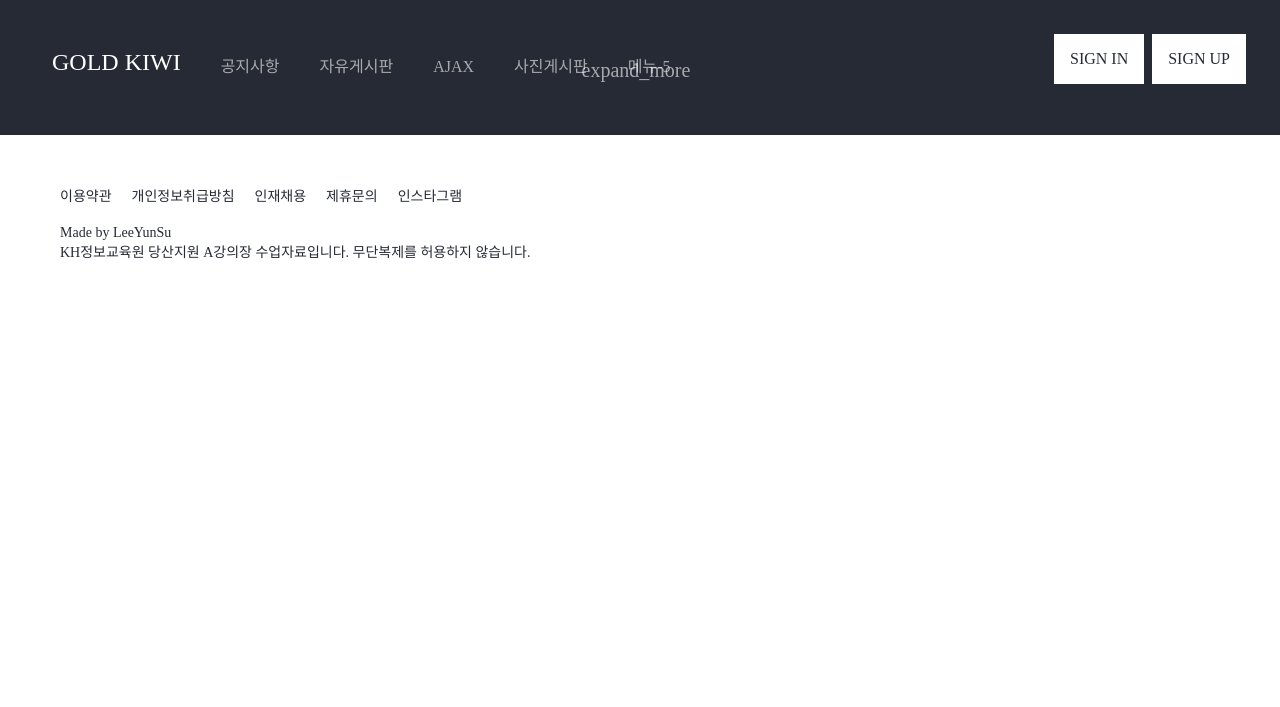
Repository: RiboKim/web-workspace
Page: http://localhost/07_mvc2WebProject/WEB-INF/views/etc/pay.jsp
The author's editor kept a copy of each file at every save. The page is drawn from the files as they stood at one save, then again after the next save.
The browser window is 1280 px wide. The pictures show the whole page.
Some web fonts or font styles are not loaded; a fallback is used. The page is served by Tomcat 9. Nobody is signed in. The template is opened directly, without the code that normally fills it, so the values that code supplies are empty.

Above is the page before, as saved 2023-02-22 07:48:58.

After the next save:
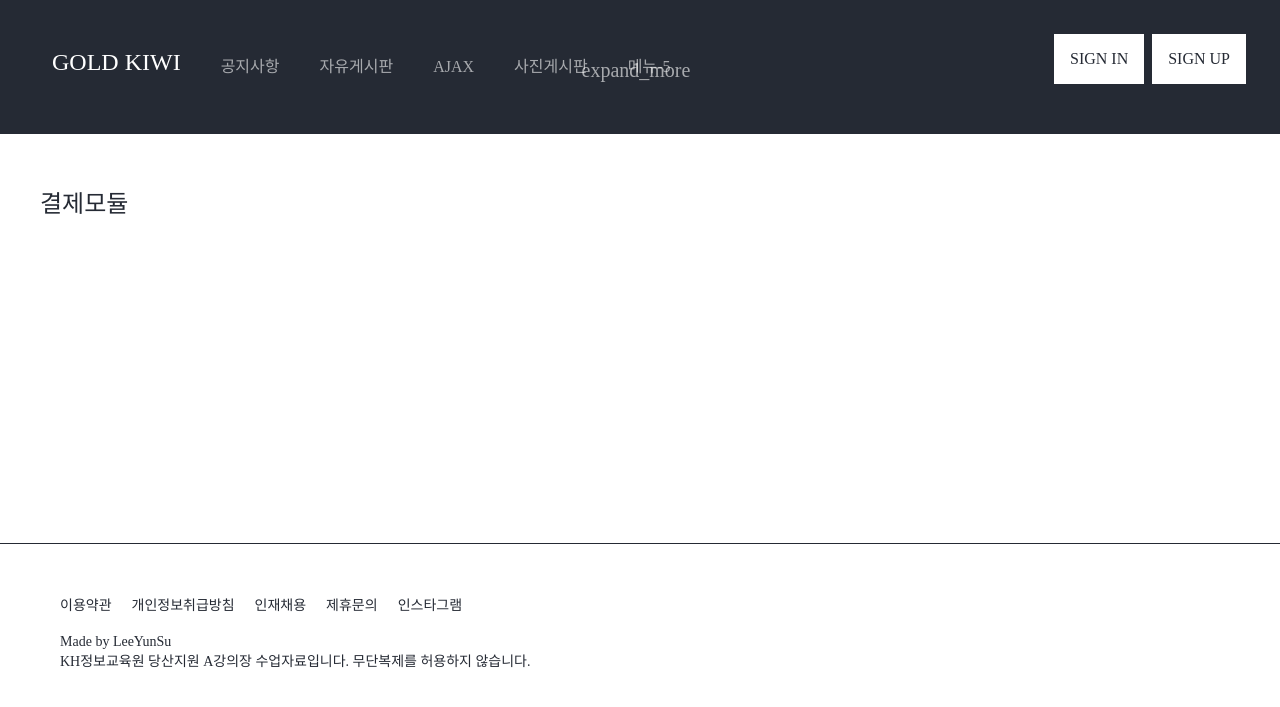
Saved 111 s later.
--- a/07_mvc2WebProject/src/main/webapp/WEB-INF/views/etc/pay.jsp
+++ b/07_mvc2WebProject/src/main/webapp/WEB-INF/views/etc/pay.jsp
@@ -8,7 +8,9 @@
 </head>
 <body>
  	<%@include file = "/WEB-INF/views/common/header.jsp" %>
-
+	<div class="page-content">
+		<div class="page-title">결제모듈</div>
+	</div>
 	<%@include file = "/WEB-INF/views/common/footer.jsp" %>
 </body>
 </html>
